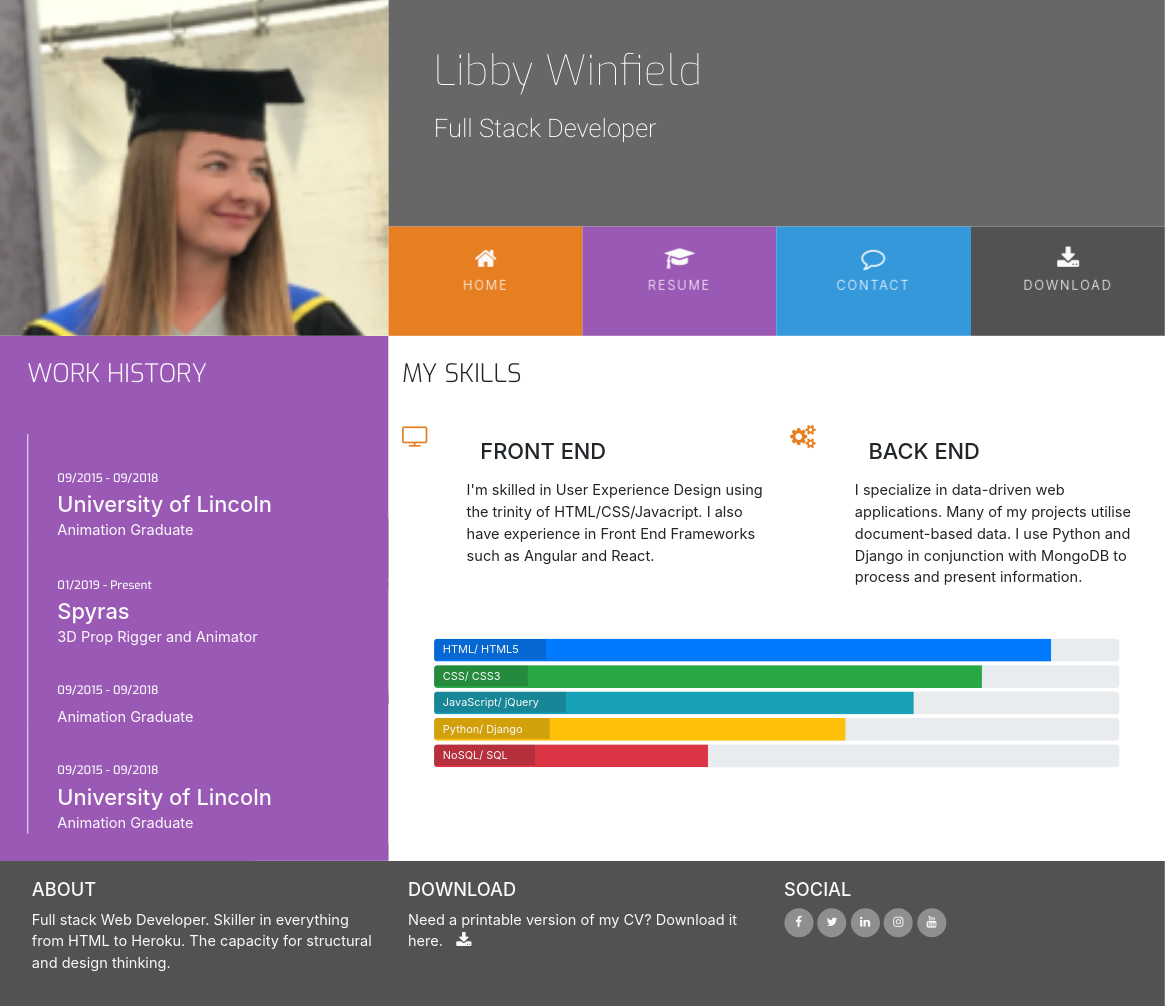
Repository: LibbyWin/CV
Page: resume.html
The author's editor kept a record of every edit. The page is drawn from the files as they stood at one moment, then again after the next edit.
The browser window is 1280 px wide. The pictures show the whole page, at 91% of full size.

Above is the page before.

### resume.html
<!DOCTYPE html>
<html lang="en">

<head>
    <meta charset="UTF-8">
    <meta name="viewport" content="width=device-width, initial-scale=1.0">
    <meta http-equiv="X-UA-Compatible" content="ie=edge">
    <link rel="stylesheet" href="https://stackpath.bootstrapcdn.com/bootstrap/4.3.1/css/bootstrap.min.css" type="text/css" />
    <link rel="stylesheet" href="https://stackpath.bootstrapcdn.com/font-awesome/4.7.0/css/font-awesome.min.css" type="text/css" />
    <link rel="stylesheet" href="https://cdnjs.cloudflare.com/ajax/libs/hover.css/2.3.1/css/hover-min.css" type="text/css" />
    <link rel="stylesheet" href="assets/css/style.css" type="text/css" />
    <title>Libby Winfield</title>
    <style>
        @import url('https://fonts.googleapis.com/css?family=Exo&display=swap');
    </style>
</head>

<body>
    <header>
        <div class="row no-gutters">
            <a href="index.html" class="col-md-4 logo">

            </a>
            <div class="col-md-8">
                <div class="row no-gutters bg-color-name-title">
                    <div class="col heading">
                        <h1 class="name">Libby Winfield</h1>
                        <h2 class="title">Full Stack Developer</h2>

                    </div>
                </div>
                <div class="row no-gutters">
                    <div class="col">
                        <ul id="nav" class="list-inline menucontainer">
                            <li class="col-6 col-sm-3 ui-menu-color-home list-inline-item menuitem">
                                <a href="#" class="hvr-sweep-to-bottom"><i class="fa fa-home" aria-hidden_"true"></i><span>Home</span></a>
                            </li>
                            <li class="col-6 col-sm-3 ui-menu-color-resume list-inline-item menuitem">
                                <a href="#" class="hvr-sweep-to-bottom"><i class="fa fa-graduation-cap" aria-hidden="true"></i><span>Resume</span></a>
                            </li>
                            <li class="col-6 col-sm-3 ui-menu-color-contact list-inline-item menuitem">
                                <a href="#" class="hvr-sweep-to-bottom"><i class="fa fa-comment-o" aria-hidden="true"></i><span>Contact</span></a>
                            </li>
                            <li class="col-6 col-sm-3 ui-menu-color-download list-inline-item menuitem">
                                <a href="#" class="hvr-sweep-to-bottom"><i class="fa fa-download" aria-hidden="true"></i><span>Download</span></a>
                            </li>
                        </ul>
                    </div>
                </div>


            </div>
        </div>
    </header>
    <section class="container-fluid">
        <div class="row">
            <div class="col-md-4 bg-color-work-history section-column">
                <div class="row">
                    <div class="col-12">
                        <h3 class="history-heading uppercase">
                            Work History
                        </h3>
                    </div>
                </div>
                <div class="timeline-item" data-dates="09/2015 - 09/2018">
                    <h4>University of Lincoln</h4>
                    <p>Animation Graduate</p>
                </div>

                <div class="timeline-item" data-dates="01/2019 - Present">
                    <h4>Spyras</h4>
                    <p>3D Prop Rigger and Animator</p>
                </div>

                <div class="timeline-item" data-dates="09/2015 - 09/2018">
                    <h4></h4>
                    <p>Animation Graduate</p>
                </div>
                <div class="timeline-item" data-dates="09/2015 - 09/2018">
                    <h4>University of Lincoln</h4>
                    <p>Animation Graduate</p>
                </div>
            </div>
            <div class="col-md-8 bg-color-three-reasons">
                <div class="row">
                    <div class="col">
                        <h3 class="section-heading uppercase">My Skills</h3>
                    </div>
                </div>
                <div class="row">
                    <div class="col-10 offset-1 offset-sm-0 col-sm-4 col-md-6">
                        <div class="row">
                            <div class="col-2">
                                <i class="three-reasons-icon fa fa-tv" aria-hidden="true"></i>
                            </div>
                            <div class="col-10">
                                <h4 class="three-reasons-heading uppercase">Front End</h4>
                                <p>I'm skilled in User Experience Design using the trinity of HTML/CSS/Javacript. I also have experience in Front End Frameworks such as Angular and React. </p>
                            </div>
                        </div>
                    </div>
                    <div class="col-10 offset-1 offset-sm-0 col-sm-4 col-md-6">
                        <div class="row">
                            <div class="col-2">
                                <i class="three-reasons-icon fa fa-gears" aria-hidden="true"></i>
                            </div>
                            <div class="col-10">
                                <h4 class="three-reasons-heading uppercase">Back End</h4>
                                <p>I specialize in data-driven web applications. Many of my projects utilise document-based data. I use Python and Django in conjunction with MongoDB to process and present information.</p>
                            </div>
                        </div>
                    </div>
                </div>
                <div class="row progress-section">
                    <div class="col">
                        <div class="progress">
                            <div class="progress-bar" role="progressbar" style="width: 90%" aria-valuenow="90" aria-valuemin="0" aria-valuemax="100">
                                <span class="sr-only">90% complete</span>
                            </div>
                            <span class="progress-type">HTML/ HTML5</span>
                        </div>

                        <div class="progress">
                            <div class="progress-bar bg-success" role="progressbar" style="width: 80%" aria-valuenow="80" aria-valuemin="0" aria-valuemax="100">
                                <span class="sr-only">80% complete</span>
                            </div>
                            <span class="progress-type">CSS/ CSS3</span>
                        </div>

                        <div class="progress">
                            <div class="progress-bar bg-info" role="progressbar" style="width: 70%" aria-valuenow="70" aria-valuemin="0" aria-valuemax="100">
                                <span class="sr-only">70% complete</span>
                            </div>
                            <span class="progress-type">JavaScript/ jQuery</span>
                        </div>

                        <div class="progress">
                            <div class="progress-bar bg-warning" role="progressbar" style="width: 60%" aria-valuenow="60" aria-valuemin="0" aria-valuemax="100">
                                <span class="sr-only">60% complete</span>
                            </div>
                            <span class="progress-type">Python/ Django</span>
                        </div>
                        <div class="progress">
                            <div class="progress-bar bg-danger" role="progressbar" style="width: 40%" aria-valuenow="40" aria-valuemin="0" aria-valuemax="100">
                                <span class="sr-only">40% complete</span>
                            </div>
                            <span class="progress-type">NoSQL/ SQL</span>
                        </div>
                    </div>
                </div>
            </div>
        </div>

    </section>

    <footer class="container-fluid">
        <div id="footer-details" class="row">
            <div class="col-sm-4">
                <h5 class="uppercase genreal-sub">About</h5>
                <p class="inline-block">Full stack Web Developer. Skiller in everything from HTML to Heroku. The capacity for structural and design thinking. </p>
            </div>
            <div class="col-sm-4">
                <h5 class="uppercase genreal-sub">Download</h5>
                </h5>
                <p class="inline-block">
                    Need a printable version of my CV? Download it here.
                    <a href="#" target="_blank" class="cv-pdf">
                        <i class="fa fa-download" aria-hidden="true"></i>
                        <span class="sr-only">Download Link.</span>
                    </a>
                </p>
            </div>
            <div class="col-sm-4">
                <h5 class="uppercase genreal-sub">Social</h5>
                <ul class="list-inline social-links">
                    <li class="list-inline-item">
                        <a target="_blank" href="#">
                            <i class="fa fa-facebook" aria-hidden="true"></i>
                            <span class="sr-only">Facebook</span>
                        </a>
                    </li>

                    <li class="list-inline-item">
                        <a target="_blank" href="#">
                            <i class="fa fa-twitter" aria-hidden="true"></i>
                            <span class="sr-only">Twitter</span>
                        </a>
                    </li>

                    <li class="list-inline-item">
                        <a target="_blank" href="#">
                            <i class="fa fa-linkedin" aria-hidden="true"></i>
                            <span class="sr-only">Linkedin</span>
                        </a>
                    </li>

                    <li class="list-inline-item">
                        <a target="_blank" href="#">
                            <i class="fa fa-instagram" aria-hidden="true"></i>
                            <span class="sr-only">Instagram</span>
                        </a>
                    </li>

                    <li class="list-inline-item">
                        <a target="_blank" href="#">
                            <i class="fa fa-youtube" aria-hidden="true"></i>
                            <span class="sr-only">Youtube</span>
                        </a>
                    </li>
                </ul>
            </div>
        </div>

    </footer>

</body>

</html>

### assets/css/style.css
@import url('https://fonts.googleapis.com/css?family=Roboto:100,200,300,400,500,600,700|Exo:100,200,300,400,500,600,700');

/*--------------------------------------------Colors*/

.bg-color-name-title {
    background-color: #676767;
}

.bg-color-three-reasons {
    background-color: #fff;
}

.bg-color-personal-info {
    background-color: #f4f4f4;
}

.bg-color-work-history {
    background-color: #9b59b6;
}

.ui-menu-color-home {
    background-color: #e67e22;
}

.ui-menu-color-resume {
    background-color: #9b59b6;
}

.ui-menu-color-contact {
    background-color: #3498db;
}

.ui-menu-color-download {
    background-color: #525252;
}

.row-table {
    display: table;
}

.section-column {
    display: table-cell;
    padding: 0 30px 30px;
    float: none;
}

.history-heading,
.section-heading {
    font-family: "Exo", sans-serif;
    font-weight: 300;
    margin-top: 25px;
    margin-bottom: 40px;
}

/* ----------------------------------------Special paddings/margins/text */

h1,
h2,
h3,
h4 {
    margin: 0;
}

.uppercase {
    text-transform: uppercase;
}

.general-sub {
    font-family: "Exo", sans-serif;
    font-weight: 300;
    color: #fafafa;
}

.inline-block {
    display: inline-block;
}

.row-table {
    display: table;
}

.section-column {
    display: table-cell;
    padding: 0 30px 30px;
    float: none;
}

.section-heading {
    font-family: "Exo", sans-serif;
    font-weight: 300;
    margin-top: 25px;
    margin-bottom: 40px;
}

/*-------------------------------------------- Heading*/

header {
    margin: 0;
}

.heading {
    margin-left: 50px;
}

.logo {
    background: url("../images/IMG_1027.JPG");
    background-position: center;
    background-repeat: no-repeat;
    background-size: cover;
    min-height: 360px;
    transition: all .5s ease-in-out;
    -moz-transition: all .5s ease-in-out;
    -webkit-transition: all .5s ease-in-out;
}

.name {
    font-family: "Exo", sans-serif;
    font-weight: 100;
    font-size: 46px;
    margin-top: 50px;
    color: #fff;
}

.title {
    font-family: "Roboto", sans-serif;
    font-weight: 200;
    font-size: 28px;
    margin-top: 20px;
    margin-bottom: 90px;
    color: #fff;
}

.list-inline-item:not(:last-child) {
    margin: 0;
}

.menucontainer {
    font-size: 0;
}

#nav li {
    font-size: 14px;
    padding: 0;
}

#nav {
    margin: 0;
}

.menuitem {
    height: 120px;
    text-align: center;
    padding: 0;
}

.menuitem a {
    width: 100%;
    text-decoration: none;
    color: #fff;
    height: 120px;
}

.menuitem a i {
    padding-top: 22px;
    display: block;
    color: #fafafa;
    font-size: 26px;
}

.menuitem span {
    display: block;
    width: 100%;
    padding-top: 5px;
    text-align: center;
    text-transform: uppercase;
    font-size: 14px;
    font-weight: 300;
    letter-spacing: 2px;
}

/*--------------------------------------------Hover.css*/

.hvr-sweep-to-bottom:before {
    background: rgba(0, 0, 0, 0.2);
    height: 120px;
}

/* ----------------------------------------Footer */

footer {
    background-color: #525252;
    color: #fafafa;
    min-height: 120px;
    margin: 0;
}

.cv-pdf i {
    font-size: 18px;
    color: #fafafa;
    text-align: center;
    padding-left: 10px;
    transition: all 0.35s ease-in-out;
    -moz-transition: all 0.35s ease-in-out;
    -webkit-transition: all 0.35s ease-in-out;
    -o-transition: all 0.35s ease-in-out;
}

.cv-pdf i:hover {
    color: #e84610;
}

.social-links {
    padding-bottom: 15px;
}

.social-links li a i {
    width: 32px;
    height: 32px;
    padding: 12px 0;
    border-radius: 50%;
    font-size: 13px;
    line-height: 7px;
    text-align: center;
    color: #fafafa;
    background: #8f8f8f;
    transition: all 0.35s ease-in-out;
    -moz-transition: all 0.35s ease-in-out;
    -webkit-transition: all 0.35s ease-in-out;
    -o-transition: all 0.35s ease-in-out;
}

.social-links li a i:hover {
    background: #e84610;
}

#footer-details {
    padding: 20px;
}

/*-------------------------------------------- Three REasons*/

.three-reasons-icon {
    font-size: 26px;
    color: #e67e22;
}

.three-reasons-heading {
    margin: 15px;
}

/*-------------------------------------------- Personal Info */

.personal-info-item {
    margin-bottom: 20px;
    display: block;
    clear: both;
}

.personal-info-item .key,
.personal-info-item .value {
    padding-right: 8px;
    display: inline-block;
}

.personal-info-item .key p,
.personal-info-item .value p {
    margin: 0;
}

 .personal-info-item .key {
     width:30%;
     margin-right: 21px;
     padding-top: 2px;
     vertical-align: top;
 }

 .personal-info-item .key p {
     font-weight: 700;
 }

 .personal-info-item .value {
     position: relative;
     width: 60%;
 }

 /*-------------------------------------------- Skills */

 .progress {
     position: relative;
     height: 25px;
     margin-bottom: 4px;
 }

 .progress-type {
     position: absolute;
     left: 0px;
     font-weight: 400;
     padding: 3px 30px 2px 10px;
     color: #fafafa;
     background-color: rgba(25, 25, 25, 0.2)
 }

 .progress-section {
     margin: 40px 20px;
 }

 /* ---------------------------------------- Work History */

 .history-heading {
     color: #fafafa;
     margin-bottom: 50px;
 }

 .timeline-item {
     padding: 4em 2em 0em 2em;
     position: relative;
     color: #fafafa;
     border-left: 1px solid;
 }

  .timeline-item p {
      padding: 0;
      margin: 0;
  }

   .timeline-item:before {
       content: attr(data-dates);
       position: absolute;
       left: 2.5em;
       top: 3em;
       display: block;
       font-family: "Exo", sans-serif;
       font-weight: 500;
       font-size: 0.8em;
       padding: 0;
       margin: 0;
   }

After the next edit:
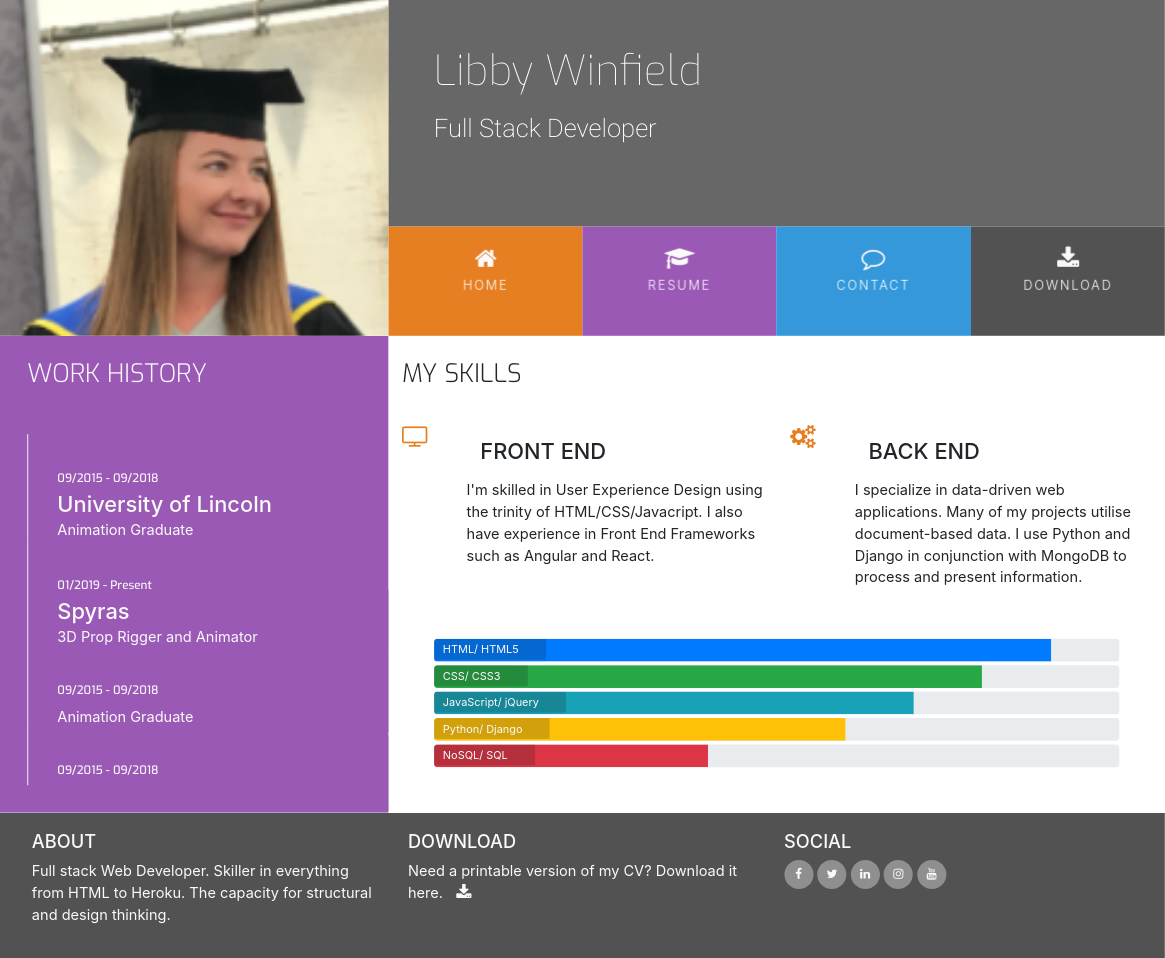
The edit:
--- a/resume.html
+++ b/resume.html
@@ -77,8 +77,8 @@
                     <p>Animation Graduate</p>
                 </div>
                 <div class="timeline-item" data-dates="09/2015 - 09/2018">
-                    <h4>University of Lincoln</h4>
-                    <p>Animation Graduate</p>
+                    <h4></h4>
+                    <p></p>
                 </div>
             </div>
             <div class="col-md-8 bg-color-three-reasons">
